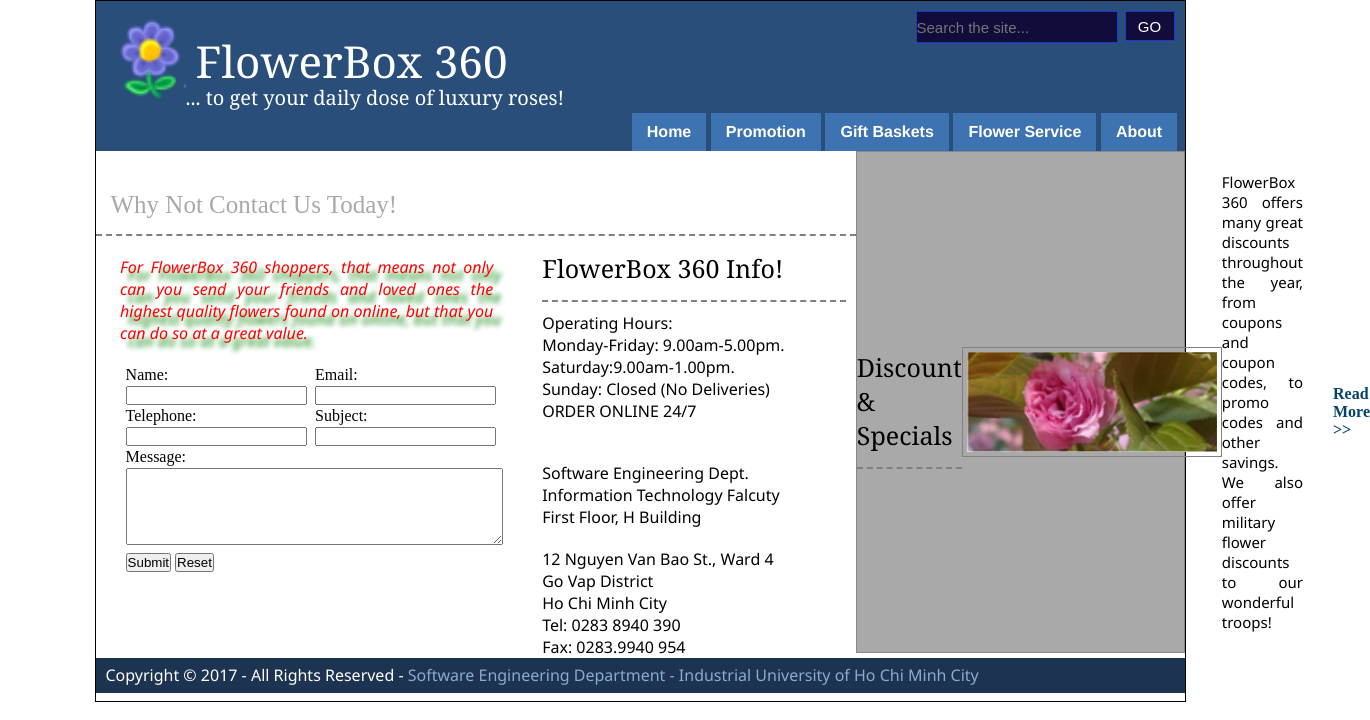
Repository: thu1365/BTKT_WEB
Page: HTML/btkt.html
These files come from the project's save history. The page is drawn as it stood at one moment and after the next save; the edit follows.
The browser window is 1280 px wide. The page is 1370 px wide, then 1280 px, so the pictures cover 1370 px, including what lies to the right of the window. The pictures show the whole page.

Above is the page before, as saved 2023-03-11 20:10:13.

### HTML/btkt.html
<!DOCTYPE html>
<html lang="en">

<head>
    <meta charset="UTF-8">
    <meta http-equiv="X-UA-Compatible" content="IE=edge">
    <meta name="viewport" content="width=device-width, initial-scale=1.0">
    <title>Document</title>
    <style>
        * {
            padding: 0;
            margin: 0 auto;
        }

        .wrapper {
            width: 1089px;
            height: 700px;
            background-color: #fff;
            border: 1px solid black;
        }

        header {
            align-items: center;
            position: relative;
            width: 1089px;
            height: 150px;
            background-color: #294e79;
        }

        .logo {
            position: relative;
            align-items: center;
            left: 10px;
            width: 80px;
            height: 120px;
        }

        .web_name {
            font-family: Georgia, 'Times New Roman', Times, serif;
            font-size: 44px;
            color: #fff;
            position: absolute;
            left: 100px;
            top: 30px;
        }

        .web_name1 {
            font-size: 20px;
            font-family: Georgia, 'Times New Roman', Times, serif;
            color: #fff;
            position: absolute;
            left: 90px;
            top: 55%;
        }

        .ser {
            display: inline-flex;
            justify-content: space-around;
            align-items: center;
            flex-direction: column;
            background-color: rgb(18, 12, 59);
            width: 200px;
            height: 30px;
            border: 1px;
            border-color: rgb(32, 55, 205);
            border-style: solid;
            font-size: 15px;
            color: white;
            position: absolute;
            top: 10px;
            left: 820px;
        }

        .ser1 {
            display: inline-flex;
            justify-content: space-around;
            align-items: center;
            flex-direction: column;
            background-color: rgb(18, 12, 59);
            width: 50px;
            height: 30px;
            border: 1px;
            border-color: rgb(32, 55, 205);
            border-style: solid;
            font-size: 15px;
            color: white;
            position: absolute;
            top: 10px;
            right: 10px;
        }

        #search_form_btn {
            background-color: #1c3451;
            border: 1px solid #4579b7;
            color: #fff;
            height: 20px;
        }

        .search_form {
            position: absolute;
            top: 10px;
            right: 10px;
        }

        .nav {
            font-family: 'Franklin Gothic Medium', 'Arial Narrow', Arial, sans-serif;
            display: flex;
            width: 550px;
            position: absolute;
            bottom: 0px;
            right: 5px;
        }

        .nav_item {
            padding: 10px 15px;
            background-color: #3d73b1;
        }

        .nav_item a {
            color: white;
            font-weight: bold;
            text-decoration: none;
        }

        .container {
            width: 100%;
            display: flex;
            top: 50%;
        }

        .left1 {
            display: flex;
            width: 70%;
            justify-content: space-between;
            flex-wrap: wrap;
            top: 50px;
        }

        .c1 {
            width: 55%;
            /* height: 100px; */
        }

        .c2 {
            width: 40%;
            /* height: 100px; */
            /* background-color: yellow; */
        }

        .c3 {
            border-top: 70px;
            display: flex;
            align-items: center;
            justify-content: space-evenly;
            width: 30%;
            height: 500px;
            border: 1px solid rgb(137, 135, 135);
            background-color: darkgray;
        }

        .main_para {
            width: 100%;
            padding: 40px 0px 15px 15px;
            font-size: 25px;
            font-weight: 400;
            border-bottom: 2px dashed gray;
            color: darkgray;
        }

        .c1_para {
            padding: 20px 30px 20px 15px;
            text-align: justify;
            color: red;
            font-style: italic;
            font-family: 'Segoe UI', Tahoma, Geneva, Verdana, sans-serif;
            text-shadow: 8px 8px 5px green;
            font-weight: 400;
        }

        .c2_para {
            font-family: Georgia, 'Times New Roman', Times, serif;
            padding: 15px 0px 15px;
            width: 100%;
            font-size: 25px;
            font-weight: 400;
            border-bottom: 2px dashed gray;
        }

        .c2_des1 {
            font-family: 'Segoe UI', Tahoma, Geneva, Verdana, sans-serif;
            padding: 10px 0 40px 0;
        }

        .c2_des2 {
            font-family: 'Segoe UI', Tahoma, Geneva, Verdana, sans-serif;
        }

        .c2_des3 {
            font-family: 'Segoe UI', Tahoma, Geneva, Verdana, sans-serif;
            padding-top: 20px;
        }

        .c3_para {
            font-family: Georgia, 'Times New Roman', Times, serif;
            padding: 15px 0px 15px;
            width: 100%;
            font-size: 25px;
            border-bottom: 2px dashed gray;
        }

        .c3_img {
            width: 250px;
            height: 100px;
            padding: 4px;
            margin: 20px 0;
            border: 1px solid gray;
        }

        .c3_des {
            width: 250px;
            margin-right: 30px;
            float: left;
            text-align: justify;
            font-family: 'Segoe UI', Tahoma, Geneva, Verdana, sans-serif;
            font-size: 15px;
            display: block;
        }

        .c3_link {
            color: #00436d;
            font-weight: bold;
            margin-right: 30px;
            float: right;
            padding-top: 20px;
            text-decoration: none;
        }

        footer {
            background-color: #1c3451;
            /* display: flex; */
            /* position: relative;
            top: 400px; */
            height: 35px;
        }

        #footer_line {
            font-family: 'Segoe UI', Tahoma, Geneva, Verdana, sans-serif;
            padding-left: 10px;
            color: #8babd0;
            line-height: 35px;
        }

        #footer_line .white {
            color: #fff;
        }
    </style>
</head>

<body>
    <div class="wrapper">
        <header>
            <img src="/IMAGE/AnhLogo.PNG" alt="" class="logo">
            <p class="web_name">FlowerBox 360</p>
            <p class="web_name1">... to get your daily dose of luxury roses!</p>
            <form action="">
                <input class="ser" placeholder="Search the site...">
                <input class="ser1" type="submit" value="GO">
            </form>
            <div class="nav">
                <div class="nav_item"><a href="">Home</a></div>
                <div class="nav_item"><a href="">Promotion</a></div>
                <div class="nav_item"><a href="">Gift Baskets</a></div>
                <div class="nav_item"><a href="">Flower Service</a></div>
                <div class="nav_item"><a href="">About</a></div>
            </div>
        </header>
        <div class="container">
            <div class="left1">
                <p class="main_para">Why Not Contact Us Today!</p>
                <div class="c1">
                    <p class="c1_para">For FlowerBox 360 shoppers, that means not only can you send your friends and loved ones the highest quality flowers found on online, but that you can do so at a great value.</p>
                    <form action="" class="c1_form">
                        <table>
                            <tr>
                                <td><label for="name_ip">Name:</label></td>
                                <td><label for="mail_ip">Email:</label></td>
                            </tr>
                            <tr>
                                <td><input type="text" name="" id="name_ip"></td>
                                <td><input type="email" name="" id="mail_ip"></td>
                            </tr>
                            <tr>
                                <td><label for="tel_ip">Telephone:</label></td>
                                <td><label for="sub_ip">Subject:</label></td>
                            </tr>
                            <tr>
                                <td><input type="tel" name="" id="tel_ip"></td>
                                <td><input type="text" name="" id="sub_ip"></td>
                            </tr>
                            <tr>
                                <td colspan="2"><label for="mess_ip">Message:</label></td>
                            </tr>
                            <tr>
                                <td colspan="2"> <textarea name="" id="" cols="45" rows="5"></textarea></td>
                            </tr>
                            <tr>
                                <tr>
                                    <td><input type="button" value="Submit"> <input type="button" value="Reset"></td>
                                </tr>
                            </tr>
                        </table>

                    </form>
                </div>
                <div class="c2">
                    <p class="c2_para">FlowerBox 360 Info!</p>
                    <p class="c2_des1">Operating Hours: <br> Monday-Friday: 9.00am-5.00pm.<br> Saturday:9.00am-1.00pm.
                        <br> Sunday: Closed (No Deliveries)<br> ORDER ONLINE 24/7
                    </p>
                    <p class="c2_des2">
                        Software Engineering Dept. <br> Information Technology Falcuty<br> First Floor, H Building
                    </p>
                    <p class="c2_des3">
                        12 Nguyen Van Bao St., Ward 4<br> Go Vap District<br> Ho Chi Minh City<br> Tel: 0283 8940 390<br> Fax: 0283.9940 954
                    </p>
                </div>
            </div>

            <div class="c3">
                <p class="c3_para">Discount & Specials</p>
                <img src="/IMAGE/Hoa.jpg" alt="" class="c3_img">
                <p class="c3_des">FlowerBox 360 offers many great discounts throughout the year, from coupons and coupon codes, to promo codes and other savings. We also offer military flower discounts to our wonderful troops!</p>
                <a class="c3_link" href="">Read More >></a>
            </div>
        </div>
        <footer>
            <p id="footer_line"><span class="white">Copyright © 2017 - All Rights Reserved -</span> Software Engineering Department - Industrial University of Ho Chi Minh City</p>
        </footer>
    </div>
</body>

</html>

After the next save:
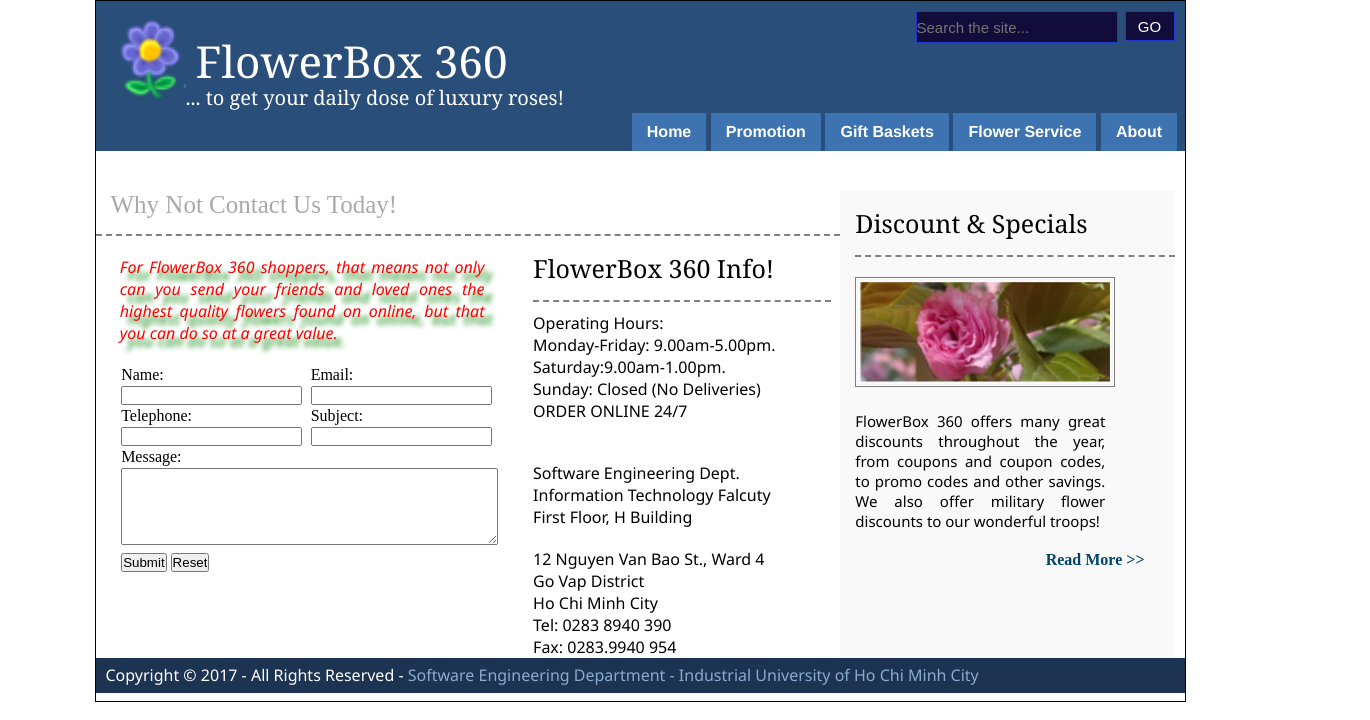
Saved 56 s later.
--- a/HTML/btkt.html
+++ b/HTML/btkt.html
@@ -148,14 +148,11 @@
         }
 
         .c3 {
-            border-top: 70px;
-            display: flex;
-            align-items: center;
-            justify-content: space-evenly;
+            background-color: #f9f9f9;
             width: 30%;
-            height: 500px;
-            border: 1px solid rgb(137, 135, 135);
-            background-color: darkgray;
+            padding-left: 15px;
+            margin-top: 40px;
+            margin-right: 10px;
         }
 
         .main_para {
@@ -237,9 +234,6 @@
 
         footer {
             background-color: #1c3451;
-            /* display: flex; */
-            /* position: relative;
-            top: 400px; */
             height: 35px;
         }
 
